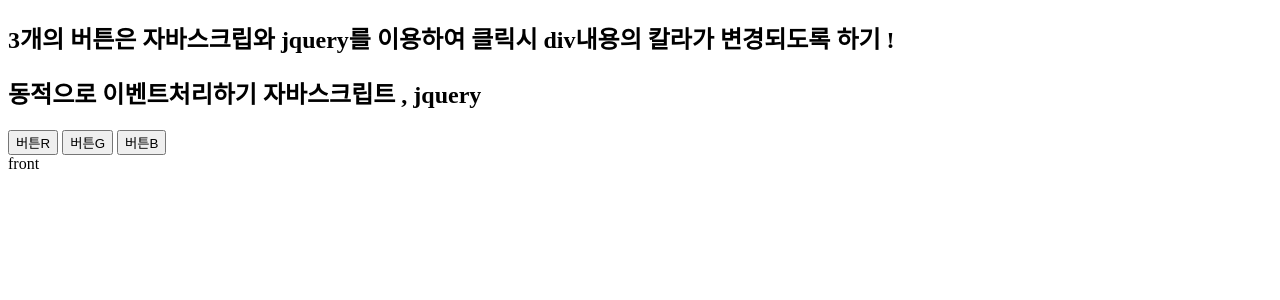
Repository: moonsae/jsp
Page: ajaxPrj_09_6/src/main/webapp/실습과제.html
An editor plug-in stored every save of this project. The page is shown before and after the next save, followed by the edit.
The browser window is 1280 px wide. The pictures show the whole page.

Above is the page before, as saved 2023-09-06 02:28:05.

### ajaxPrj_09_6/src/main/webapp/실습과제.html
<!DOCTYPE html>
<html>
<head>
<meta charset="UTF-8">
<title>Insert title here</title>
</head>
<body>

<h2> 3개의 버튼은 자바스크립와 jquery를 이용하여 클릭시  div내용의 칼라가 변경되도록 하기 ! </h2>

<h2>동적으로 이벤트처리하기 자바스크립트 , jquery </h2>
<button id="btn1">버튼R</button>
<button id="btn2">버튼G</button>
<button id="btn3">버튼B</button>

<div>  front </div>
</body>
</html>

After the next save:
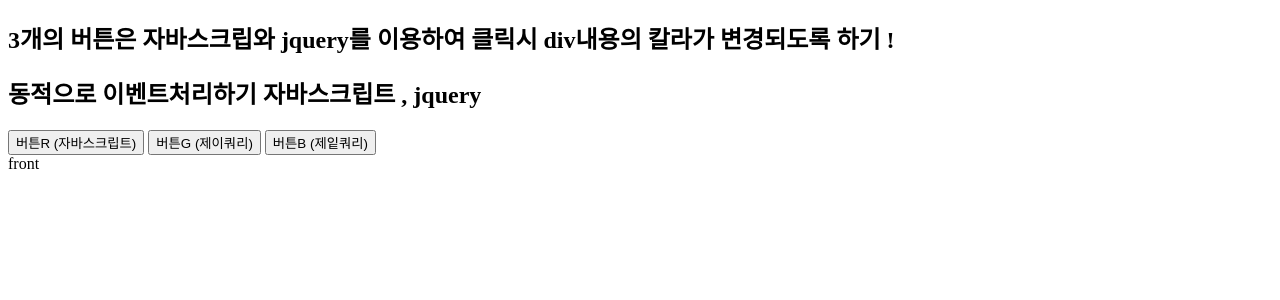
Saved 3 min 52 s later.
--- a/ajaxPrj_09_6/src/main/webapp/실습과제.html
+++ b/ajaxPrj_09_6/src/main/webapp/실습과제.html
@@ -3,16 +3,31 @@
 <head>
 <meta charset="UTF-8">
 <title>Insert title here</title>
+<script src="https://code.jquery.com/jquery-3.6.0.min.js"></script>
+
 </head>
 <body>
+<script>
+	function changeCss1(){
+		alert("1");
+	}
+	function changeCss2(){
+		alert("2");
+	}
+	function changeCss3(){
+		alert("3");
+	}
+
+
+</script>
 
 <h2> 3개의 버튼은 자바스크립와 jquery를 이용하여 클릭시  div내용의 칼라가 변경되도록 하기 ! </h2>
 
 <h2>동적으로 이벤트처리하기 자바스크립트 , jquery </h2>
-<button id="btn1">버튼R</button>
-<button id="btn2">버튼G</button>
-<button id="btn3">버튼B</button>
+<button id="btn1" onclick="changeCss1">버튼R (자바스크립트)</button>
+<button id="btn2" onclick="changeCss2">버튼G (제이쿼리)</button>
+<button id="btn3" onclick="changeCss3">버튼B (제잍쿼리)</button>
 
-<div>  front </div>
+<div id="div_id">  front </div>
 </body>
 </html>
